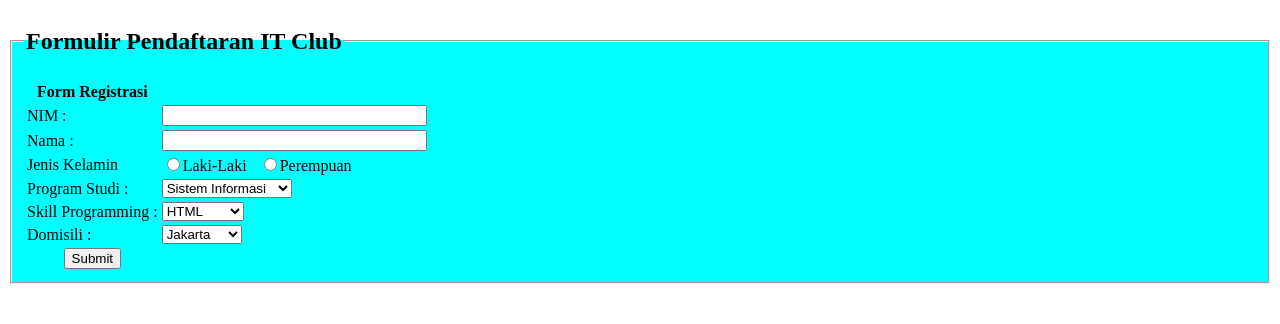
Repository: AHSANS354/Tugas-MSIB-5-GitHub
Page: http://localhost/function5.php
An editor plug-in stored every save of this project. The page is shown before and after the next save, followed by the edit.
The browser window is 1280 px wide. The pictures show the whole page.
The page is run by PHP 8.4 with error messages shown; the project is at /var/www/html/.

Above is the page before, as saved 2023-09-27 10:46:31.

### function5.php
<?php

$ar_prodi = ['SI'=>'Sistem Informasi', 'TI'=>'Teknik Informatika','TE'=>'Teknik Elektro'];
$ar_skill = ['HTML'=>10,'CSS'=>10,'Javascript'=>20,'PHP'=>30,'RWD'=>20,'Laravel'=>40,'MySQL'=>40];
$ar_domisili = ['Jakarta', 'Bandung','Surabaya','Malang','Bali','Surakarta','Lainnya'];

?>
<fieldset style="background-color: cyan;">
    <legend><h2 class="text-center">Formulir Pendaftaran IT Club</h2></legend>
    <table>
        <thead>
            <tr>
                <th>Form Registrasi</th>
            </tr>
        </thead>
        <tbody>
            <form action="" method="post">
                <tr>
                    <td>NIM : </td>
                    <td>
                        <input type="text" size="30">
                    </td>
                </tr>
                <tr>
                    <td>Nama : </td>
                    <td>
                        <input type="text" size="30">
                    </td>
                </tr>
                <tr>
                    <td>Jenis Kelamin</td>
                    <td>
                        <input type="radio" name="" id="" value="laki-laki">Laki-Laki &nbsp;
                        <input type="radio" name="" id="" value="perempuan">Perempuan
                    </td>
                </tr>
                <tr>
                    <td>Program Studi : </td>
                    <td>
                        <select name="" id="">
                        <?php foreach ($ar_prodi as $prodi => $v) {
                            ?>
                            <option value="<?= $prodi ?>"><?= $v ?></option>
                        <?php } ?>
                        </select>
                    </td>
                </tr>
                <tr>
                    <td>Skill Programming : </td>
                    <td>
                        <select name="" id="">
                            <?php foreach($ar_skill as $skill => $x){
                                ?>
                                <option value="<?= $x ?>"><?= $skill ?></option>
                            <?php } ?>
                        </select>
                    </td>
                </tr>
                <tr>
                    <td>Domisili : </td>
                    <td>
                        <select name="" id="">
                            <?php foreach($ar_domisili as $domisili){
                                ?>
                                <option value="<?= $domisili ?>"><?= $domisili ?></option>
                            <?php } ?>
                        </select>
                    </td>
                </tr>
                <tfoot>
                    <tr>
                        <td align='center'>
                            <input type="submit" value="Submit">
                        </td>
                    </tr>
                </tfoot>
            </form>
        </tbody>
    </table>
</fieldset>

After the next save:
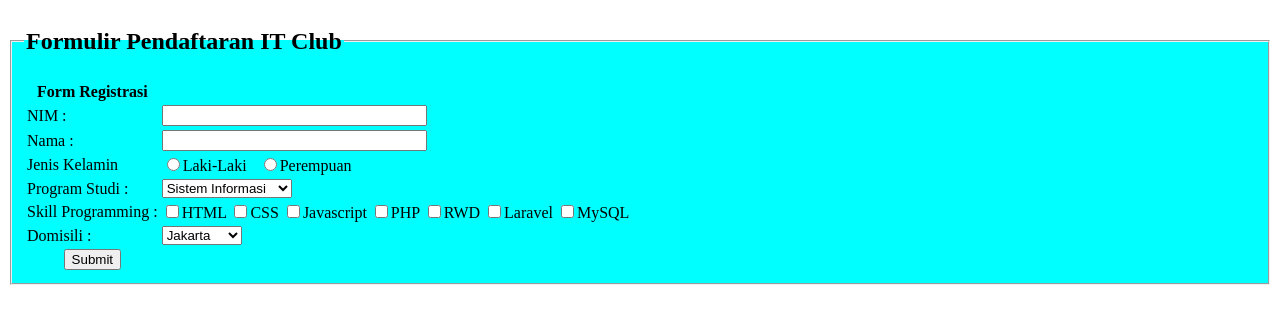
Saved 95 s later.
--- a/function5.php
+++ b/function5.php
@@ -48,12 +48,12 @@ $ar_domisili = ['Jakarta', 'Bandung','Surabaya','Malang','Bali','Surakarta','Lai
                 <tr>
                     <td>Skill Programming : </td>
                     <td>
-                        <select name="" id="">
+
                             <?php foreach($ar_skill as $skill => $x){
                                 ?>
-                                <option value="<?= $x ?>"><?= $skill ?></option>
+                                <input type="checkbox" name="" id="" value="<?= $skill ?>"><?= $skill ?>
                             <?php } ?>
-                        </select>
+
                     </td>
                 </tr>
                 <tr>
